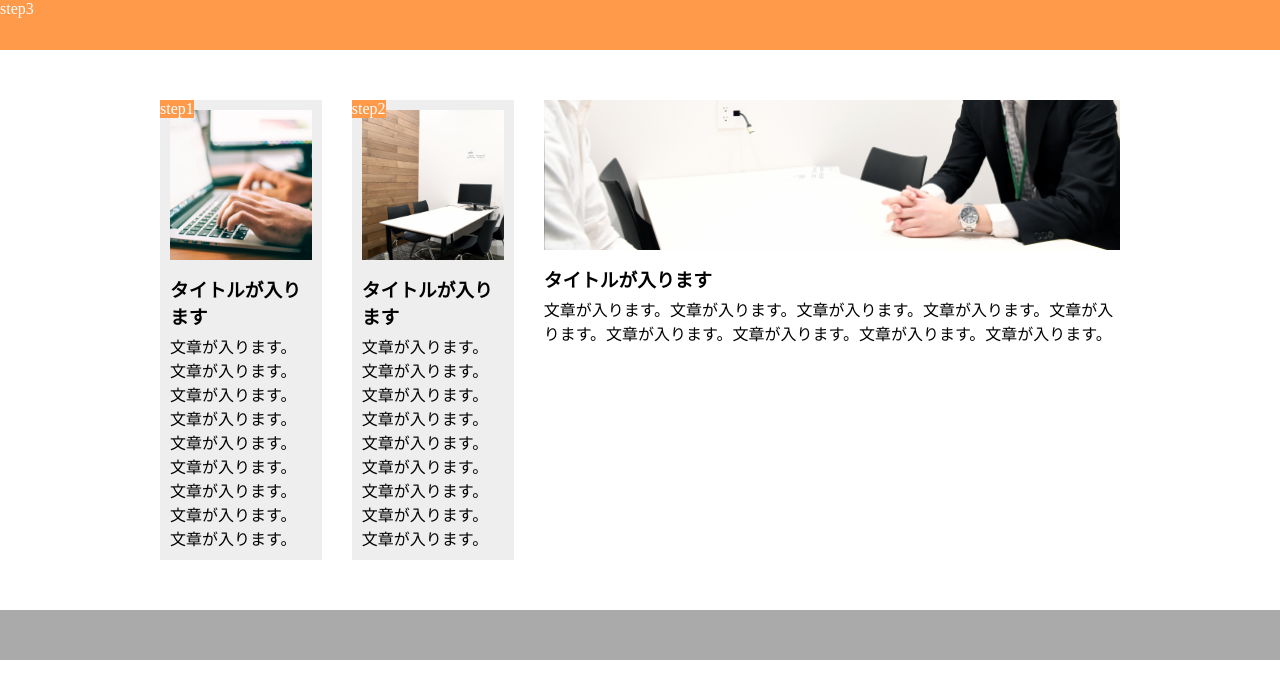
Repository: RAM-OK/git-practice
Page: chapter9-2/index.html
The author's editor kept a record of every edit. The page is drawn from the files as they stood at one moment, then again after the next edit.
The browser window is 1280 px wide. The pictures show the whole page.

Above is the page before.

After the next edit:
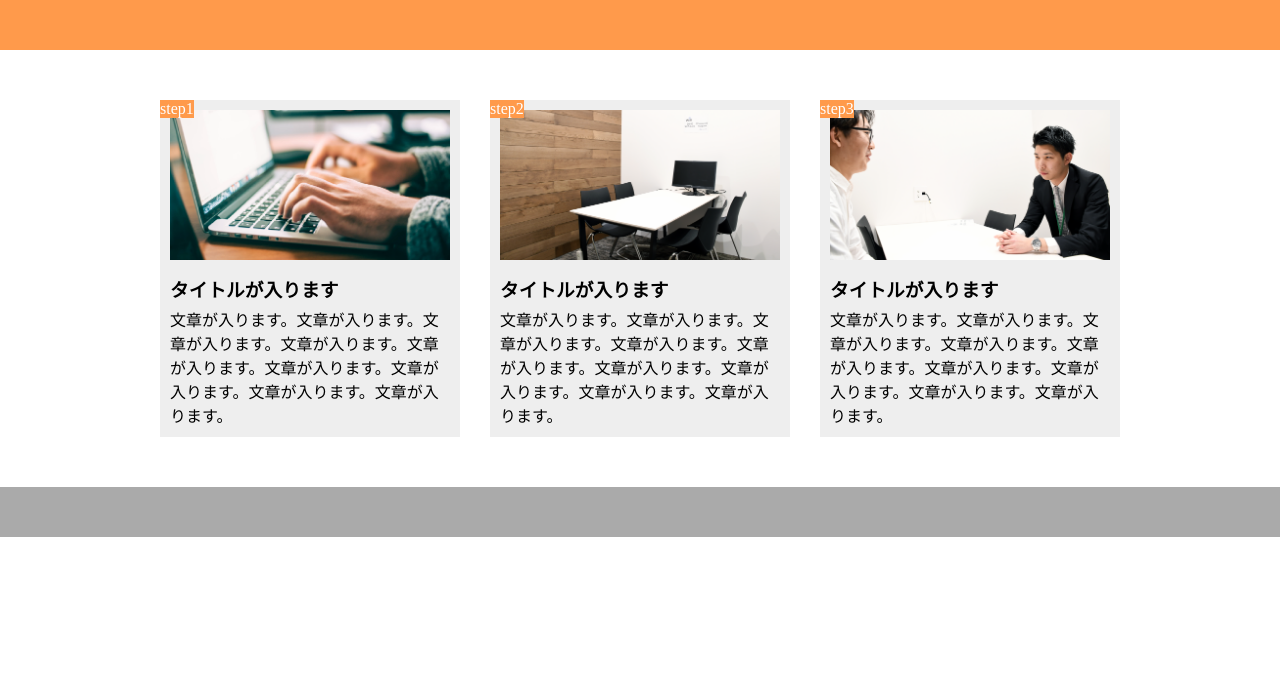
The edit:
--- a/chapter9-2/index.html
+++ b/chapter9-2/index.html
@@ -24,7 +24,7 @@
           文章が入ります。文章が入ります。文章が入ります。文章が入ります。文章が入ります。文章が入ります。文章が入ります。文章が入ります。文章が入ります。
         </p>
       </div>
-      <div class="step-box3">
+      <div class="step-box">
         <div class="step-img3"></div>
         <span class="step-num">step3</span>
         <h3 class="title">タイトルが入ります</h3>
